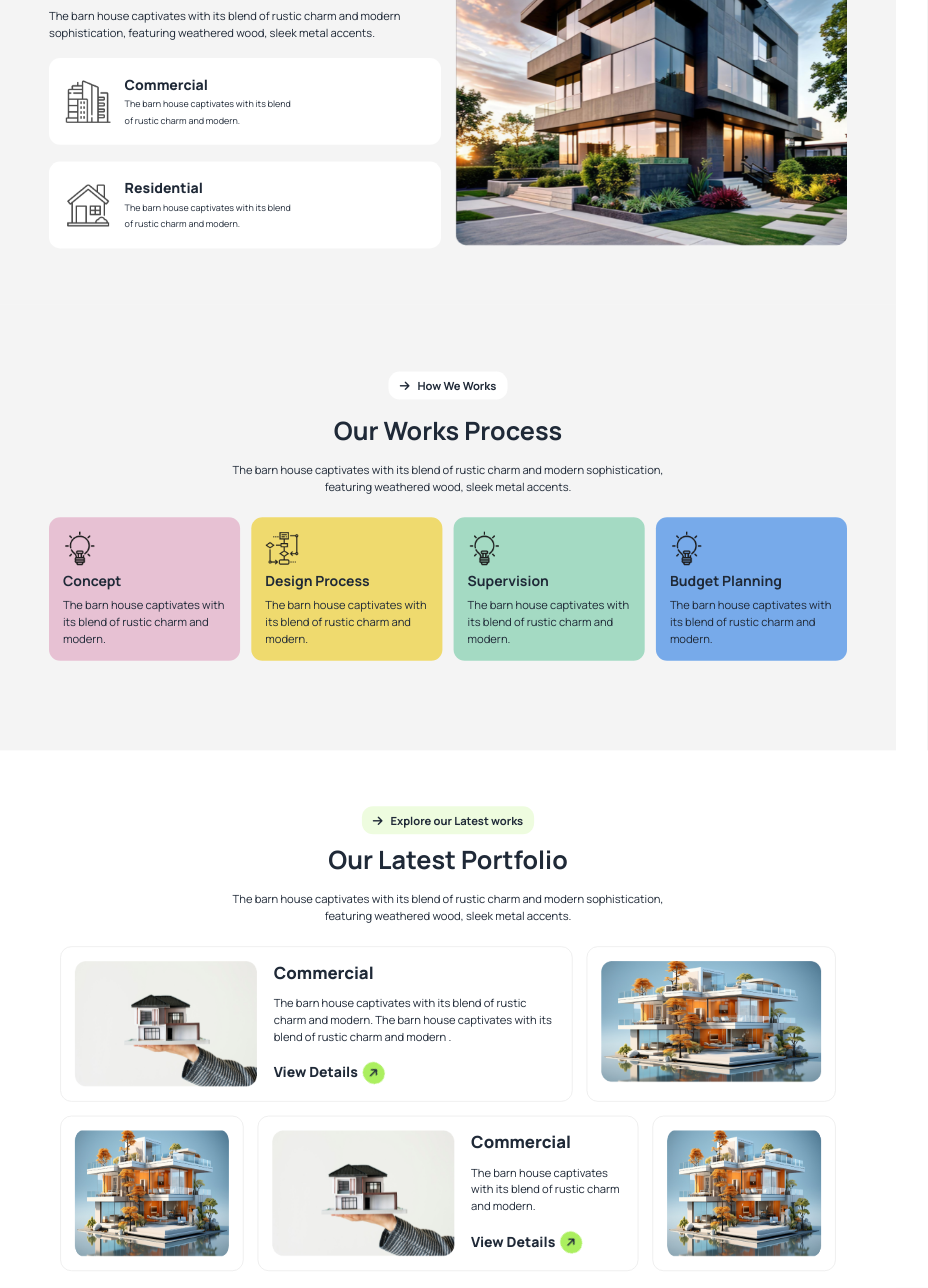
Repository: Tanvir4312/assignment-03
Page: index.html
The author's editor kept a copy of each file at every save. The page is drawn from the files as they stood at one save, then again after the next save.
The browser window is 1280 px wide. The page is 1325 px wide, so the pictures cover 1325 px, including what lies to the right of the window. The pictures show the part of the page from y = 1227 to 3067 px (the page is 3067 px tall), at 70% of full size.
Some web libraries are served in a nearby version.

Above is the page before, as saved 2024-10-30 18:53:35.

### index.html
<!DOCTYPE html>
<html lang="en">

<head>
    <meta charset="UTF-8">
    <meta name="viewport" content="width=device-width, initial-scale=1.0">
    <title>Renterio</title>
    <link rel="stylesheet" href="styles/styles.css">
    <!-- DaisyUI -->
    <link href="https://cdn.jsdelivr.net/npm/daisyui@4.12.14/dist/full.min.css" rel="stylesheet" type="text/css" />
    <script src="https://cdn.tailwindcss.com"></script>
    <!-- Icon -->
    <link rel="stylesheet" href="https://cdnjs.cloudflare.com/ajax/libs/font-awesome/6.6.0/css/all.min.css"
        integrity="sha512-Kc323vGBEqzTmouAECnVceyQqyqdsSiqLQISBL29aUW4U/M7pSPA/gEUZQqv1cwx4OnYxTxve5UMg5GT6L4JJg=="
        crossorigin="anonymous" referrerpolicy="no-referrer" />

    <script>
        tailwind.config = {
            theme: {
                extend: {
                    colors: {
                        clifford: '#da373d',
                        bgBtnColor: '#ABEF5F',
                        btnTextAndWorksTextColor: '#1C1C1C',
                        mainColor: '#212121',
                        secondaryColor: '#494949',

                    }
                }
            }
        }
    </script>
</head>

<body class="manrope-font">
    <header>
        <!-- Navbar -->
        <nav class="container mx-auto">
            <div class="navbar relative py-14">
                <div class="navbar-start">
                    <div class="absolute right-0">
                        <div class="dropdown">
                            <div tabindex="0" role="button"
                                class="btn btn-ghost mr-2 lg:hidden border border-[rgba(233,233,233)] rounded-full bg-[#f9f8f8]">
                                <svg xmlns="http://www.w3.org/2000/svg" class="h-5 w-5" fill="none" viewBox="0 0 24 24"
                                    stroke="currentColor">
                                    <path stroke-linecap="round" stroke-linejoin="round" stroke-width="2"
                                        d="M4 6h16M4 12h8m-8 6h16" />
                                </svg>
                            </div>
                            <div class="absolute -left-20">
                                <ul tabindex=""
                                    class="menu menu-sm dropdown-content bg-base-100 rounded-box z-[1] p-2 shadow w-32">
                                    <li><a>Home</a></li>
                                    <li><a>Services</a></li>
                                    <li><a>Portfolio</a></li>
                                    <li><a>Blogs</a></li>
                                    <li><a>Contact Us</a></li>
                                </ul>
                            </div>
                        </div>
                    </div>
                    <i class="fa-solid fa-arrow-right -rotate-45 bg-bgBtnColor p-2 rounded-full	"></i>
                    <a class="btn btn-ghost font-extrabold text-3xl pl-2">Renterio</a>
                </div>
                <div class="navbar-center hidden lg:flex">
                    <ul class="menu menu-horizontal px-1">
                        <li><a class="font-extrabold">Home</a></li>
                        <li><a>Services</a></li>
                        <li><a>Portfolio</a></li>
                        <li><a>Blogs</a></li>
                        <li><a>Contact Us</a></li>
                    </ul>
                </div>

                <div class="navbar-end hidden md:block">
                    <div class="flex justify-end">
                        <div class="flex items-center gap-3 mr-2">
                            <div class="px-3 py-1 border border-[rgba(233,233,233)] rounded-full bg-[#f9f8f8]">
                                <i class="fa-solid fa-magnifying-glass"></i>
                            </div>
                            <div class="px-3 py-1 border border-[rgba(233,233,233)] rounded-full bg-[#f9f8f8]">
                                <i class="fa-solid fa-cart-shopping"></i>
                            </div>
                        </div>
                        <div class="relative ">
                            <button class="btn bg-bgBtnColor rounded-3xl pr-14 text-lg font-semibold">Book
                                Consult</button>
                            <i
                                class="fa-solid fa-arrow-right -rotate-45 bg-black text-white p-2 rounded-full absolute top-2 right-4 "></i>
                        </div>
                    </div>
                </div>
            </div>
        </nav>
        <!-- Banner -->
        <section class="banner text-center">
            <!-- Banner Image -->
            <div class="flex justify-center px-14">
                <img src="./assets/banner.png" alt="">
            </div>
            <!-- Banner Text -->
            <div class="mt-6">
                <h1 class="text-3xl md:text-6xl font-extrabold md:leading-[80px]">A barn house of this design
                    has a <br>striking appearance
                </h1>
                <p class="mt-6 mb-8 px-5">The barn house captivates with its blend of rustic charm and modern
                    sophistication,
                    featuring weathered wood, sleek metal <br> accents, and large windows that flood the space with
                    natural light.</p>
                <!-- Banner Button -->
                <div class="relative flex px-2 md:justify-center md:items-center">
                    <div class="w-full text-start md:text-center">
                        <button
                            class="btn border border-[rgba(171,239,95)] bg-[rgba(171,239,95,0.5)] rounded-3xl mainColor text-xl font-extrabold pr-14 l w-full md:w-52">View
                            Details</button>
                    </div>
                    <div>
                        <i
                            class="fa-solid fa-arrow-right -rotate-45 bg-bgBtnColor p-2 rounded-full absolute bottom-2 right-[590px]"></i>

                        <i
                            class="md:hidden absolute top-3 right-20 fa-solid fa-arrow-right -rotate-45 bg-bgBtnColor p-2 rounded-full"></i>
                    </div>
                </div>
            </div>
        </section>
    </header>

    <main class="bg-[#F4F4F4]">
        <!-- Commercial and Residential Section -->
        <section class="bg-[#F4F4F4] md:my-24 my-5 pt-7 pb-5 md:pb-20">
            <!-- Vector Image -->
            <img class="hidden md:block border-dashed border-2 border-slate-300 py-7 ml-9" src="./assets/Vector.png"
                alt="">
            <div class="md:w-[1140px] mx-auto grid md:grid-cols-2 grid-cols-1 gap-5 p-4 md:p-0">
                <div>
                    <!-- About Us Button -->
                    <div class="flex justify-center md:flex-col">
                        <div class="bg-white w-32 py-2 px-4 rounded-2xl">
                            <i class="fa-solid fa-arrow-right pr-2"></i>
                            <button class="font-bold">About Us</button>
                        </div>
                    </div>
                    <!-- Text -->
                    <div class="mt-4 md:text-start text-center">
                        <h1 class="text-2xl md:text-4xl font-bold mainColor mb-6">We design thoughtful, <br> liveable
                            spaces
                        </h1>
                        <p class="secondaryColor">The barn house captivates with its blend of rustic charm and
                            modern sophistication, featuring weathered wood, sleek metal accents.</p>
                    </div>

                    <div class="flex md:items-center gap-5 my-6 bg-white p-6 rounded-2xl">
                        <!-- Image -->
                        <div>
                            <img src="./assets/commercial.png" alt="">
                        </div>
                        <!-- Text -->
                        <div>
                            <h3 class="text-xl font-extrabold">Commercial</h3>
                            <p><small>The barn house captivates with its blend <br> of rustic charm and modern.</small>
                            </p>
                        </div>
                    </div>
                    <div class="flex md:items-center gap-5 bg-white p-6 rounded-2xl">
                        <!-- Image -->
                        <div>
                            <img src="./assets/residential.png" alt="">
                        </div>
                        <!-- Text -->
                        <div>
                            <h3 class="text-xl font-extrabold">Residential</h3>
                            <p><small>The barn house captivates with its blend <br> of rustic charm and modern.</small>
                            </p>
                        </div>
                    </div>

                </div>
                <!-- Image -->
                <div>
                    <img class="h-60 w-full md:h-[500px]" src="./assets/Rectangle.png" alt="">
                </div>
            </div>
        </section>

        <!-- Works Process section -->
        <section class="md:w-[1140px] mx-auto px-4 md:px-0 md:pb-24">
            <!-- Works Button -->
            <div class="flex justify-center">
                <div class="bg-white py-2 px-4 rounded-2xl">
                    <i class="fa-solid fa-arrow-right pr-2"></i>
                    <button class="font-bold">How We Works</button>
                </div>
            </div>
            <!-- Text -->
            <div class="text-center">
                <h1 class="py-4 md:py-6 text-2xl md:text-4xl font-bold">Our Works Process</h1>
                <p>The barn house captivates with its blend of rustic charm and modern sophistication, <br> featuring
                    weathered wood, sleek metal accents.</p>
            </div>
            <!-- Card -->
            <div class="card grid grid-cols-1 md:grid-cols-4 gap-4 my-8">
                <div class="bg-[rgba(231,193,211)] rounded-2xl p-5">
                    <img src="./assets/concept.png" alt="">
                    <h4 class="py-2 text-xl font-bold">Concept</h4>
                    <p>The barn house captivates with its blend of rustic charm and modern.</p>
                </div>
                <div class="bg-[rgba(239,218,110)] rounded-2xl p-5">
                    <img src="./assets/flow-chart.png" alt="">
                    <h4 class="py-2 text-xl font-bold">Design Process</h4>
                    <p>The barn house captivates with its blend of rustic charm and modern.</p>
                </div>
                <div class="bg-[rgba(164,218,195)] rounded-2xl p-5">
                    <img src="./assets/concept.png" alt="">
                    <h4 class="py-2 text-xl font-bold">Supervision</h4>
                    <p>The barn house captivates with its blend of rustic charm and modern.</p>
                </div>
                <div class="bg-[rgba(119,170,234)] rounded-2xl p-5">
                    <img src="./assets/concept.png" alt="">
                    <h4 class="py-2 text-xl font-bold">Budget Planning</h4>
                    <p>The barn house captivates with its blend of rustic charm and modern.</p>
                </div>
            </div>
        </section>
        <!-- Latest Portfolio Section -->
        <section class="md:bg-white">
            <div class=" md:w-[1140px] mx-auto py-6 px-4 md:pt-20">
                <!-- Latest Works Button -->
                <div class="flex justify-center">
                    <div class="bg-[rgba(171,239,95,0.2)] py-2 px-4 rounded-2xl">
                        <i class="fa-solid fa-arrow-right pr-2"></i>
                        <button class="font-bold">Explore our Latest works</button>
                    </div>
                </div>
                <!-- Text -->
                <div class="text-center">
                    <h1 class="pt-4 pb-6 md:text-4xl text-2xl font-bold">Our Latest Portfolio</h1>
                    <p>The barn house captivates with its blend of rustic charm and modern sophistication, <br>
                        featuring
                        weathered wood, sleek metal accents.</p>
                </div>
                <!-- Latest Portfolio Card First Row -->
                <div class="pt-8 grid grid-cols-1 md:grid-cols-3 gap-5">
                    <div class="md:col-span-2 rounded-2xl ">
                        <div class="md:flex gap-6 border border-[rgba(233,233,233)] rounded-2xl p-5 bg-white">
                            <img src="./assets/img1.png" alt="">
                            <div>
                                <h3 class="text-2xl font-extrabold">Commercial</h3>
                                <p class="pt-4 pb-6">The barn house captivates with its blend of rustic charm and
                                    modern. The barn house
                                    captivates with its blend of rustic charm and modern .</p>

                                <a class="text-xl font-extrabold pr-1" href="">View Details</a>
                                <i class="fa-solid fa-arrow-right -rotate-45 bg-bgBtnColor p-2 rounded-full	"></i>
                            </div>
                        </div>
                    </div>
                    <div class="border border-[rgba(233,233,233)] rounded-2xl p-5 bg-white">
                        <img src="./assets/img2.png" alt="">
                    </div>

                </div>
                <!-- Latest Portfolio Card Second Row -->
                <div class="grid grid-cols-1 md:grid-cols-4 gap-5 mt-5">
                    <div class="border border-[rgba(233,233,233)] rounded-2xl p-5 bg-white">
                        <img class="h-full" src="./assets/img2.png" alt="">
                    </div>
                    <div class="md:col-span-2 rounded-2xl ">
                        <div class="md:flex gap-6 border border-[rgba(233,233,233)] rounded-2xl p-5 bg-white">
                            <img src="./assets/img1.png" alt="">
                            <div>
                                <h3 class="text-2xl font-extrabold">Commercial</h3>
                                <p class="pt-4 pb-6">The barn house captivates with its blend of rustic charm and
                                    modern.</p>

                                <a class="text-xl font-extrabold pr-1" href="">View Details</a>
                                <i class="fa-solid fa-arrow-right -rotate-45 bg-bgBtnColor p-2 rounded-full	"></i>
                            </div>
                        </div>
                    </div>
                    <div class="border border-[rgba(233,233,233)] rounded-2xl p-5 bg-white">
                        <img class="h-full" src="./assets/img2.png" alt="">
                    </div>

                </div>
            </div>
        </section>
    </main>

</body>

</html>

### styles/styles.css
/* Font */
@import url('https://fonts.googleapis.com/css2?family=Manrope:wght@200..800&display=swap');


.manrope-font {
  font-family: "Manrope", sans-serif;


}

After the next save:
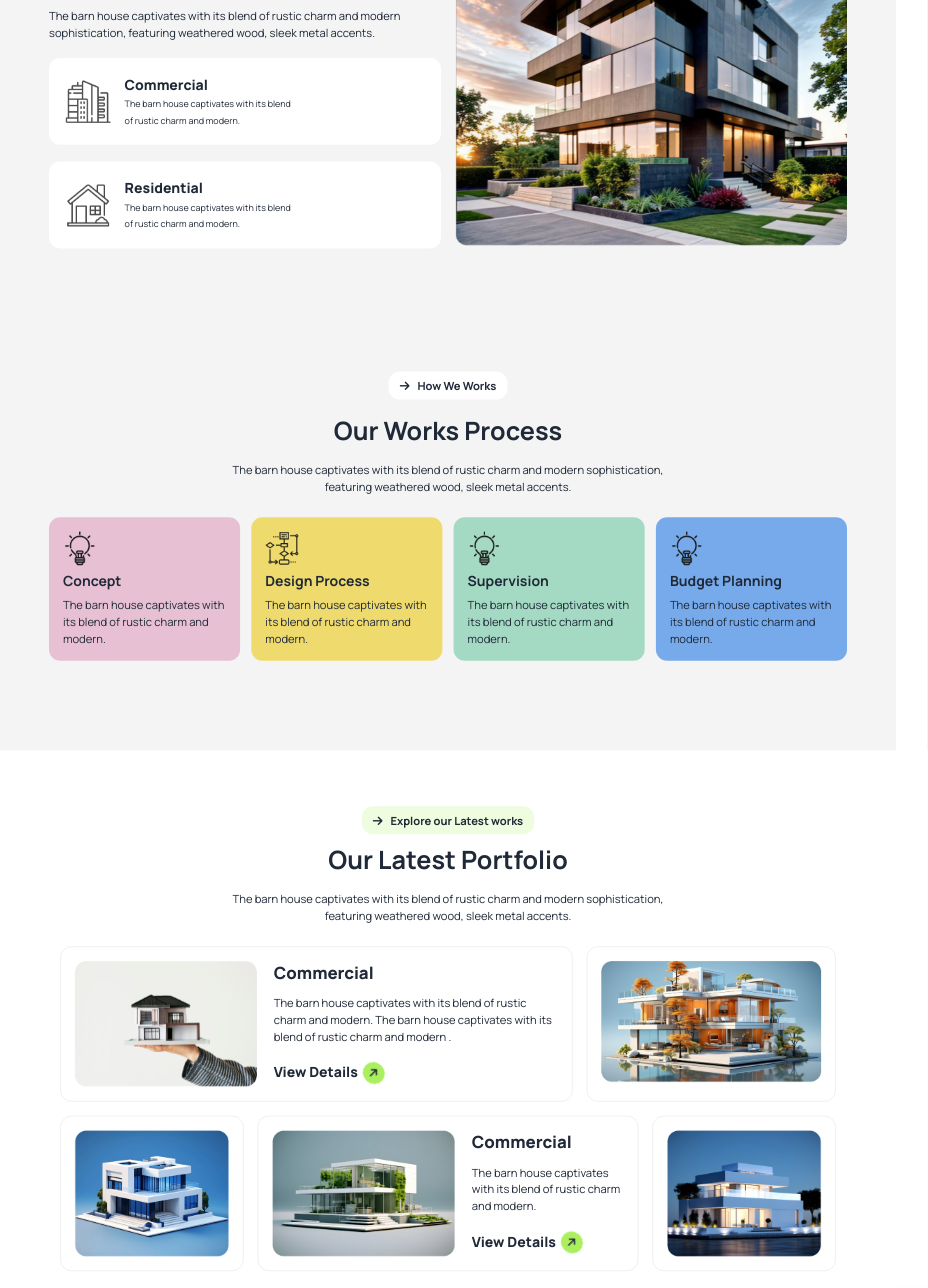
Saved 2 min 32 s later.
--- a/index.html
+++ b/index.html
@@ -242,6 +242,7 @@
                 </div>
                 <!-- Latest Portfolio Card First Row -->
                 <div class="pt-8 grid grid-cols-1 md:grid-cols-3 gap-5">
+                    <!-- First Card -->
                     <div class="md:col-span-2 rounded-2xl ">
                         <div class="md:flex gap-6 border border-[rgba(233,233,233)] rounded-2xl p-5 bg-white">
                             <img src="./assets/img1.png" alt="">
@@ -256,6 +257,7 @@
                             </div>
                         </div>
                     </div>
+                    <!-- Second Card -->
                     <div class="border border-[rgba(233,233,233)] rounded-2xl p-5 bg-white">
                         <img src="./assets/img2.png" alt="">
                     </div>
@@ -263,12 +265,14 @@
                 </div>
                 <!-- Latest Portfolio Card Second Row -->
                 <div class="grid grid-cols-1 md:grid-cols-4 gap-5 mt-5">
+                    <!-- First Card -->
                     <div class="border border-[rgba(233,233,233)] rounded-2xl p-5 bg-white">
-                        <img class="h-full" src="./assets/img2.png" alt="">
-                    </div>
+                        <img class="h-full" src="./assets/img3.png" alt="">
+                    </div>
+                    <!-- Second Card -->
                     <div class="md:col-span-2 rounded-2xl ">
                         <div class="md:flex gap-6 border border-[rgba(233,233,233)] rounded-2xl p-5 bg-white">
-                            <img src="./assets/img1.png" alt="">
+                            <img src="./assets/img4.png" alt="">
                             <div>
                                 <h3 class="text-2xl font-extrabold">Commercial</h3>
                                 <p class="pt-4 pb-6">The barn house captivates with its blend of rustic charm and
@@ -279,8 +283,9 @@
                             </div>
                         </div>
                     </div>
+                    <!-- Third Card -->
                     <div class="border border-[rgba(233,233,233)] rounded-2xl p-5 bg-white">
-                        <img class="h-full" src="./assets/img2.png" alt="">
+                        <img class="h-full" src="./assets/img5.png" alt="">
                     </div>
 
                 </div>
